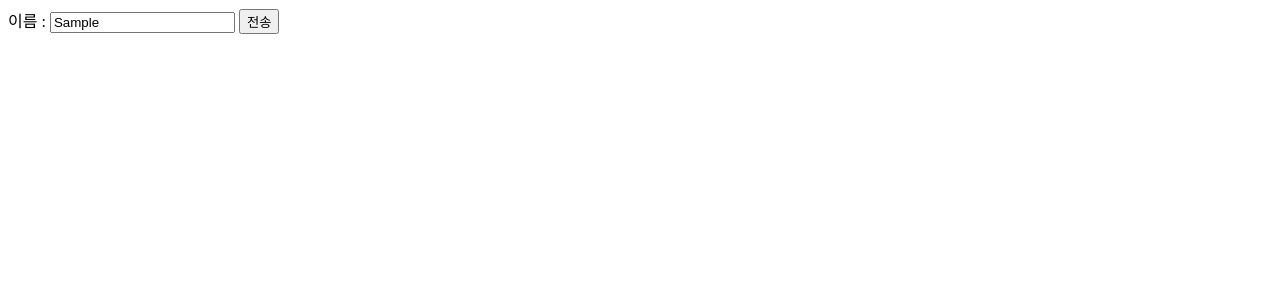
Repository: salee1023/JSP_Practice
Page: HTML_CSS_JS_practice01/src/main/webapp/javascript07.html
The author's editor kept a copy of each file at every save. The page is drawn from the files as they stood at one save, then again after the next save.
The browser window is 1280 px wide. The pictures show the whole page.
Empty fields were first filled with sample values (such as "Sample", 5 or name@example.com).
After loading, the first visible `input[onclick="btn_onClick()"]` was clicked once.

Above is the page before, as saved 2021-08-17 14:05:01.

After the next save:
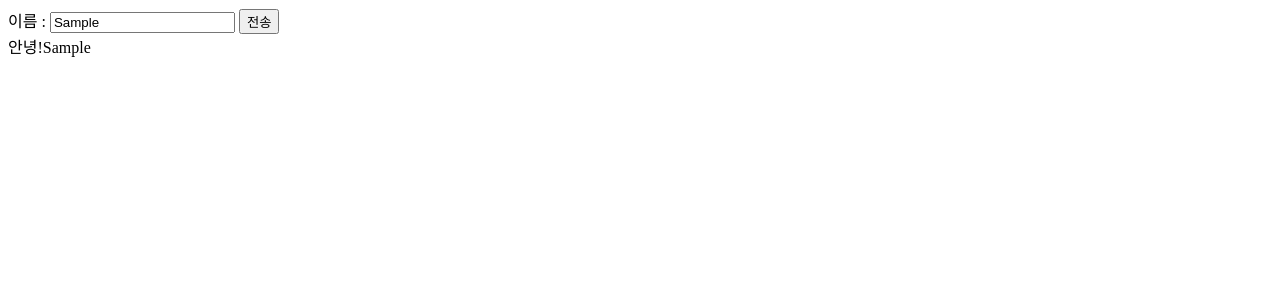
Saved 95 s later.
--- a/HTML_CSS_JS_practice01/src/main/webapp/javascript07.html
+++ b/HTML_CSS_JS_practice01/src/main/webapp/javascript07.html
@@ -7,7 +7,8 @@
 	// ID 값을 이용해서 element를 얻어오는 방법
 	// document.getElementById('ID값')
 	function btn_onClick() {
-		var aa = document.getElementById('');
+		var aa = document.getElementById('test_div');
+		aa.innerHTML = "안녕!" + document.test_form.name.value;
 	}
 </script>
 </head>
